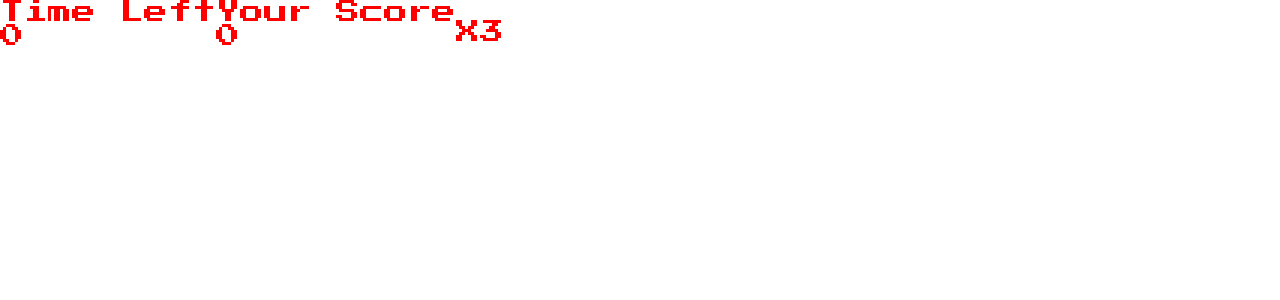
Repository: marcioresidenty/DetonaRalph
Page: DetonaHalph/Webapp/index.html
The author's editor kept a copy of each file at every save. The page is drawn from the files as they stood at one save, then again after the next save.
The browser window is 1280 px wide. The pictures show the whole page.

Above is the page before, as saved 2024-11-12 16:18:18.

After the next save:
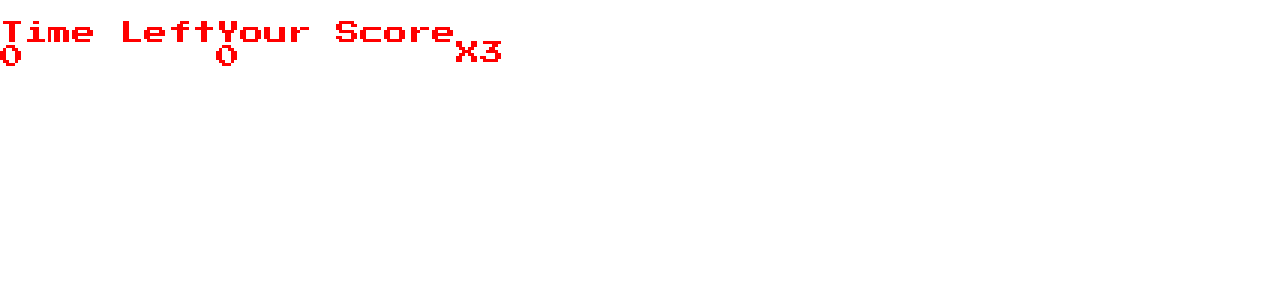
Saved 36 s later.
--- a/DetonaHalph/Webapp/styles/main.css
+++ b/DetonaHalph/Webapp/styles/main.css
@@ -8,4 +8,6 @@
 	display: flex;
 	justify-content: space-evenly;
 	align-items: center;
+
+	height: 90px;
 }
